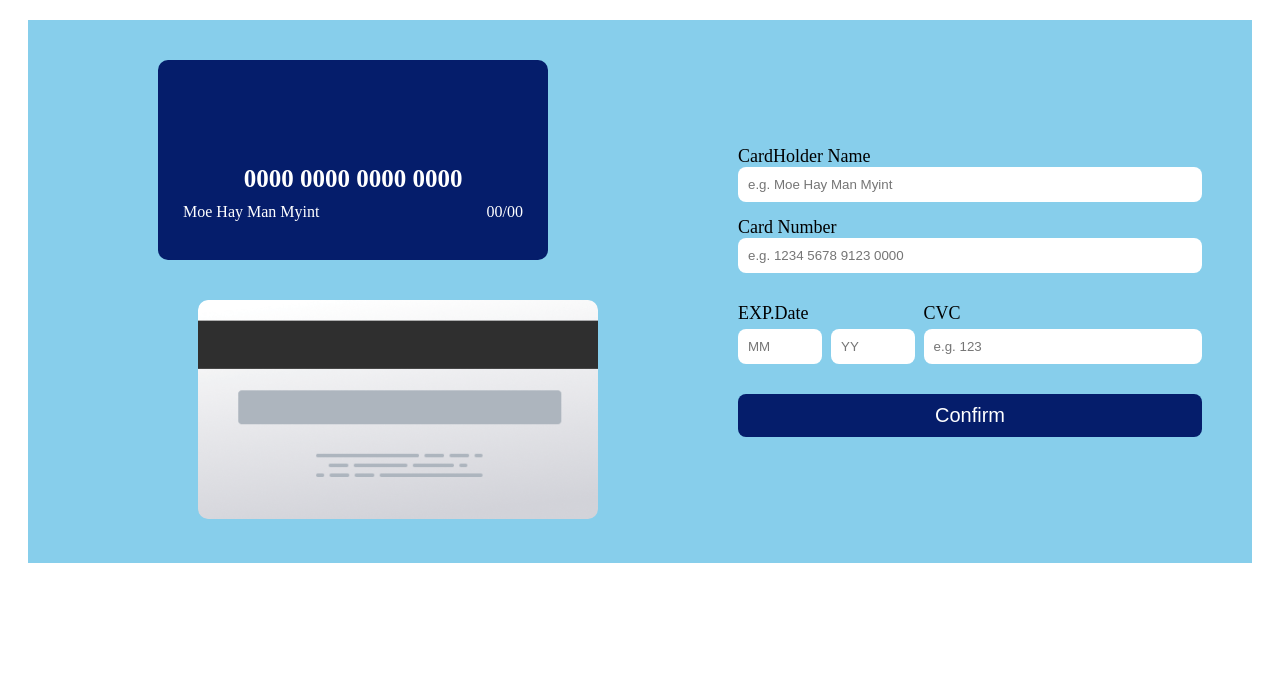
Repository: moehaymanmyint/Interactive-Card-Details-Form
Page: index.html
An editor plug-in stored every save of this project. The page is shown before and after the next save, followed by the edit.
The browser window is 1280 px wide. The pictures show the whole page.

Above is the page before, as saved 2024-10-16 22:55:32.

After the next save:
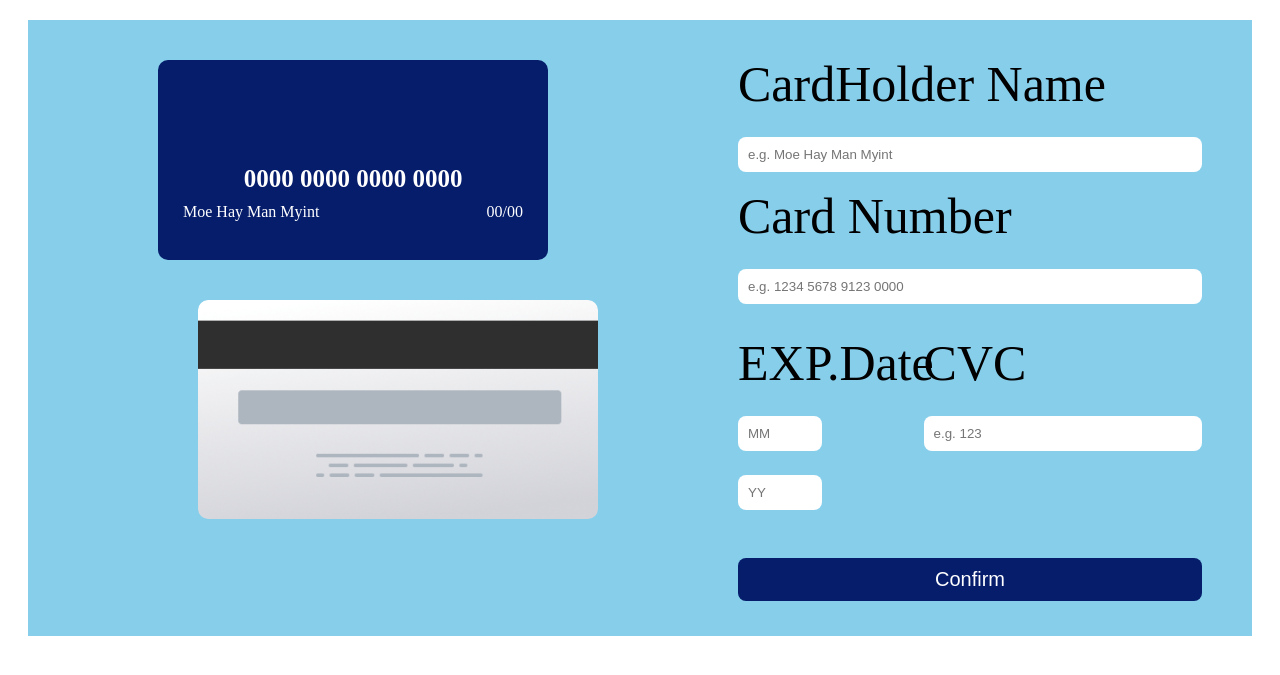
Saved 5 s later.
--- a/style.css
+++ b/style.css
@@ -14,7 +14,7 @@
 .right-container{
     display: flex;
     align-items: center;
-    font-size: 18px;
+    font-size: 50px;
 }
 
 .front-card{
